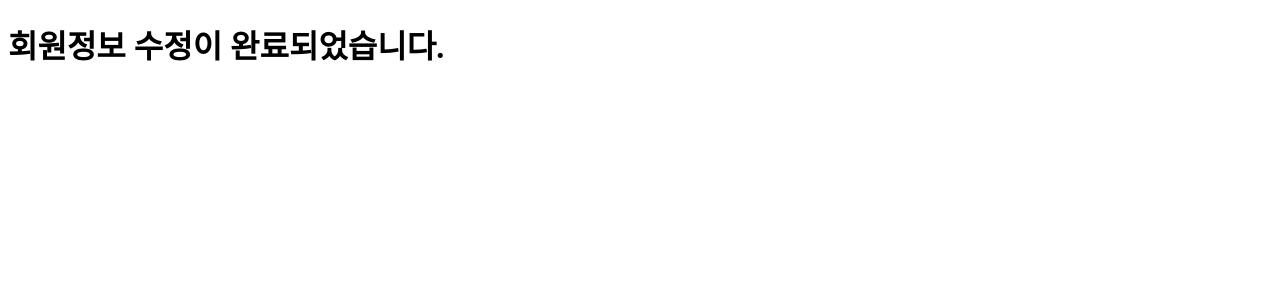
Repository: hanbeen03/javabasic
Page: http://localhost/JDBCBasic/users/users_update_ok.jsp
The author's editor kept a copy of each file at every save. The page is drawn from the files as they stood at one save, then again after the next save.
The browser window is 1280 px wide. The pictures show the whole page.
The page is served by Tomcat 9. Other server files are loaded and not shown.

Above is the page before, as saved 2021-08-05 06:48:59.

### JDBCBasic/WebContent/users/users_update_ok.jsp
<%@ page language="java" contentType="text/html; charset=UTF-8"
    pageEncoding="UTF-8"%>
<!DOCTYPE html>
<html>
<head>
<meta charset="UTF-8">
<title>Insert title here</title>
</head>
<body>
	<h1>회원정보 수정이 완료되었습니다.</h1>
	<a href="users_login_form"
</body>
</html>

After the next save:
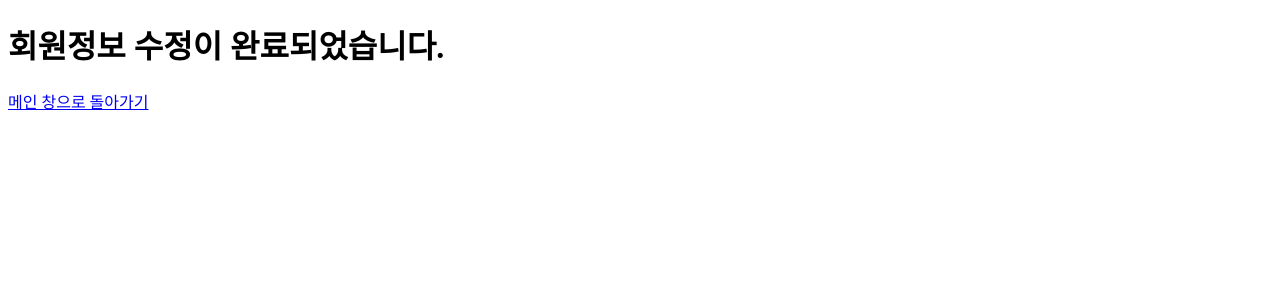
Saved 66 s later.
--- a/JDBCBasic/WebContent/users/users_update_ok.jsp
+++ b/JDBCBasic/WebContent/users/users_update_ok.jsp
@@ -8,6 +8,6 @@
 </head>
 <body>
 	<h1>회원정보 수정이 완료되었습니다.</h1>
-	<a href="users_login_form"
+	<a href="users_login_ok.jsp">메인 창으로 돌아가기</a>
 </body>
 </html>
